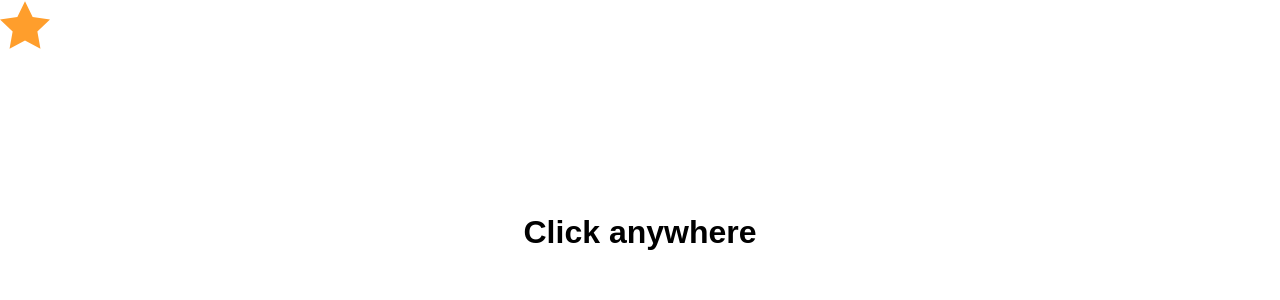
Repository: alexmaddux99/Lab3
Page: mouse-events.html
An editor plug-in stored every save of this project. The page is shown before and after the next save, followed by the edit.
The browser window is 1280 px wide. The pictures show the whole page.

Above is the page before, as saved 2022-02-17 12:03:33.

After the next save:
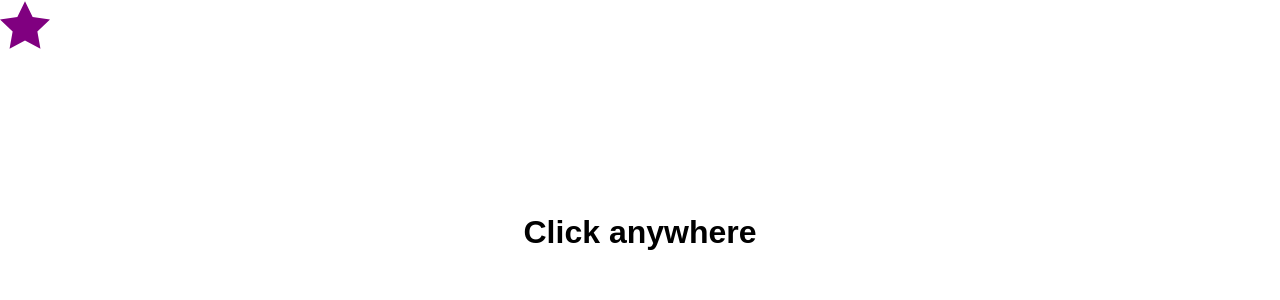
Saved 47 s later.
--- a/mouse-events.html
+++ b/mouse-events.html
@@ -24,7 +24,7 @@
         }
 
         svg{
-            fill: #FF9E2C;
+            fill: purple;
             height: 50px;
             width: 50px;
         }
